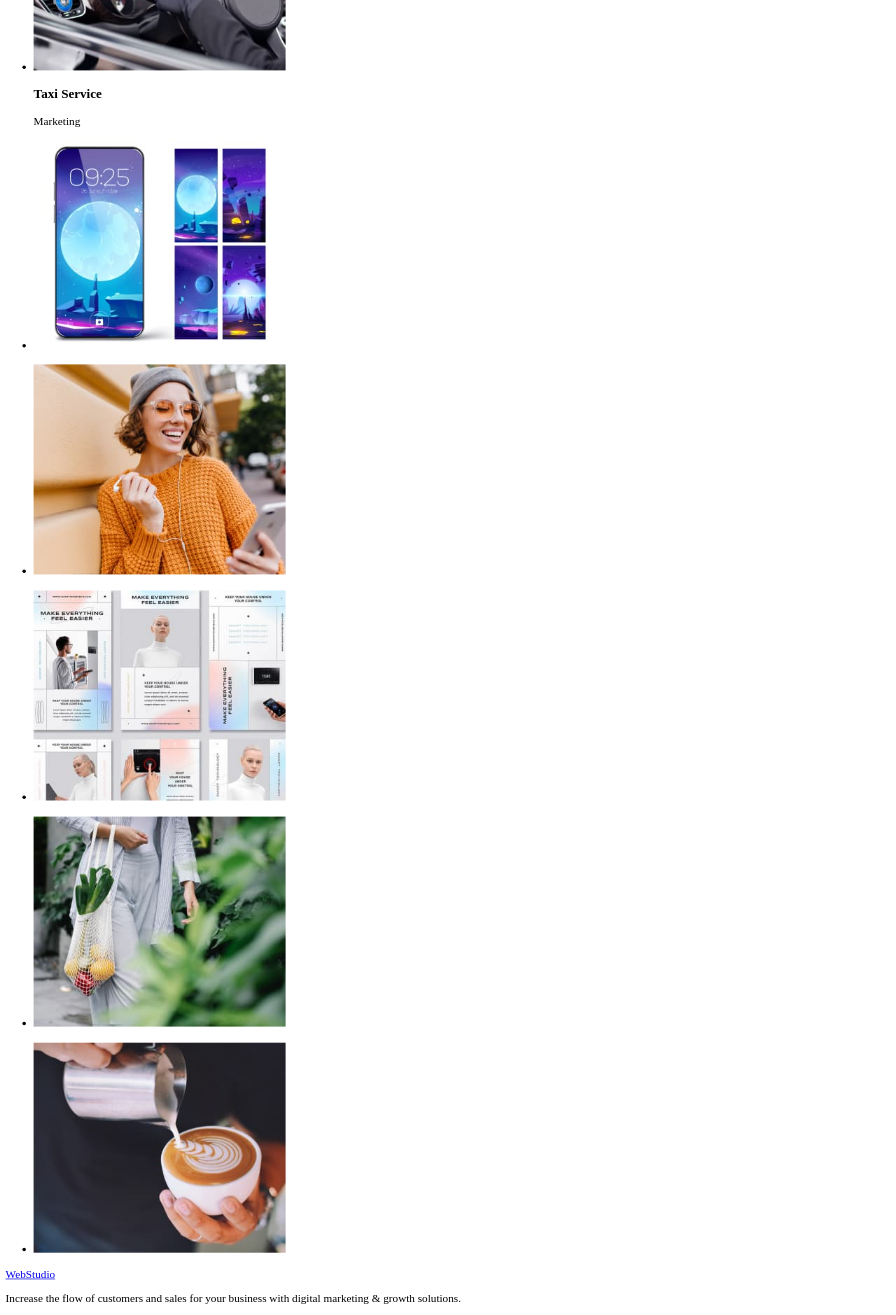
Repository: GrishchenkoNataliya/goit-markup-hw-02
Page: portfolio/indtx.html
These files come from the project's save history. The page is drawn as it stood at one moment and after the next save; the edit follows.
The browser window is 1280 px wide. The pictures show the part of the page from y = 1662 to 3582 px (the page is 3541 px tall before and 3582 px after), at 70% of full size.

Above is the page before, as saved 2023-02-27 21:25:06.

After the next save:
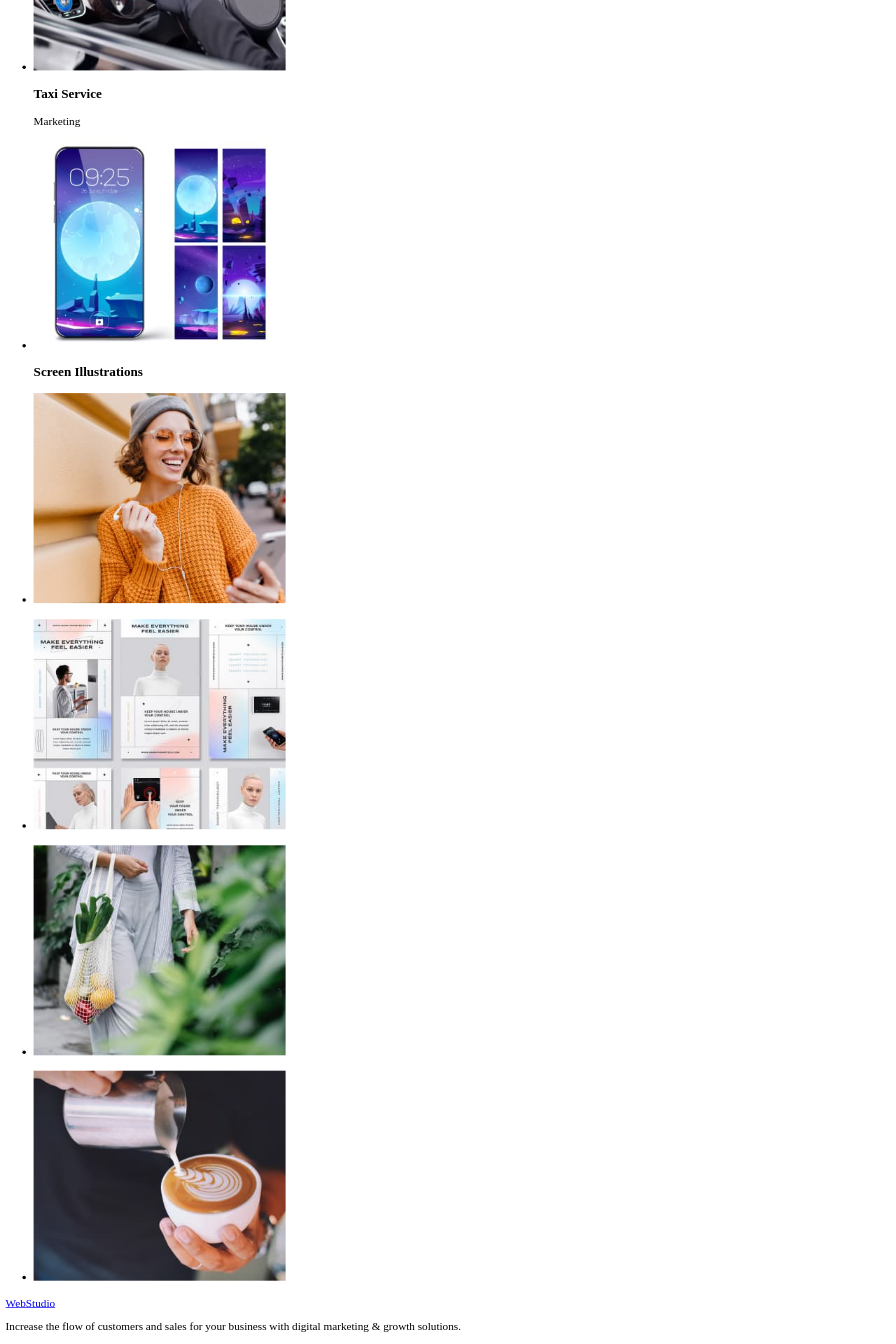
Saved 16 s later.
--- a/portfolio/indtx.html
+++ b/portfolio/indtx.html
@@ -84,8 +84,8 @@
                 </img>
             </li>
             <li>
-                <img src="../images/pages2/img5.jpg" alt="">
-                    <h3></h3>
+                <img src="../images/pages2/img5.jpg" alt="Screen Illustrations">
+                    <h3>Screen Illustrations</h3>
                     <p></p>
                 </img>
             </li>
